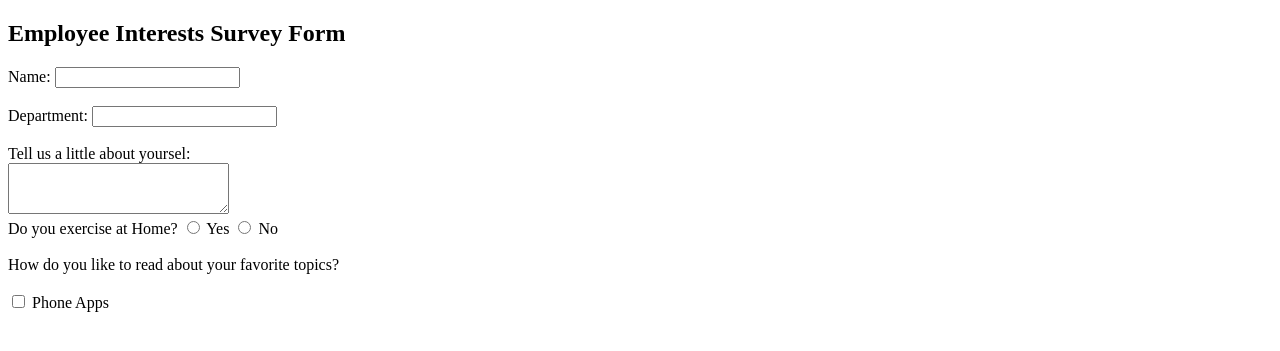
Repository: JoaoLemesDEV/Exercise-Survey-Form
Page: index.html
An editor plug-in stored every save of this project. The page is shown before and after a run of saves, followed by the edit.
The browser window is 1280 px wide. The pictures show the whole page.

Above is the page before, as saved 2021-10-10 18:28:30.

### index.html
<!DOCTYPE html>
<html lang="en">
<head>
  <meta charset="UTF-8">
  <meta http-equiv="X-UA-Compatible" content="IE=edge">
  <meta name="viewport" content="width=device-width, initial-scale=1.0">
  <title>Survey Form</title>
</head>
<body>
  <h2>Employee Interests Survey Form</h2>
  <label for="name">Name: </label>
  <input type="text" name="name" id=""><br><br>
  <label for="dep">Department:</label>
  <input type="text" name="dep" id=""><br><br>
  <label for="comment">Tell us a little about yoursel:</label><br>
  <textarea name="comment" id="comment" cols="25" rows="3"></textarea><br>
  <label for="question01">Do you exercise at Home?</label>
    <input type="radio" name="question01" id="question01">
      <label for="question01">Yes</label>
    <input type="radio" name="question01" id="question01">
      <label for="question01">No</label><br><br>
  <label for="">How do you like to read about your favorite topics?</label><br><br>
  <input type="checkbox" name="" id="">
    <label for="">Phone Apps</label>

</body>
</html>

After the next 3 saves:
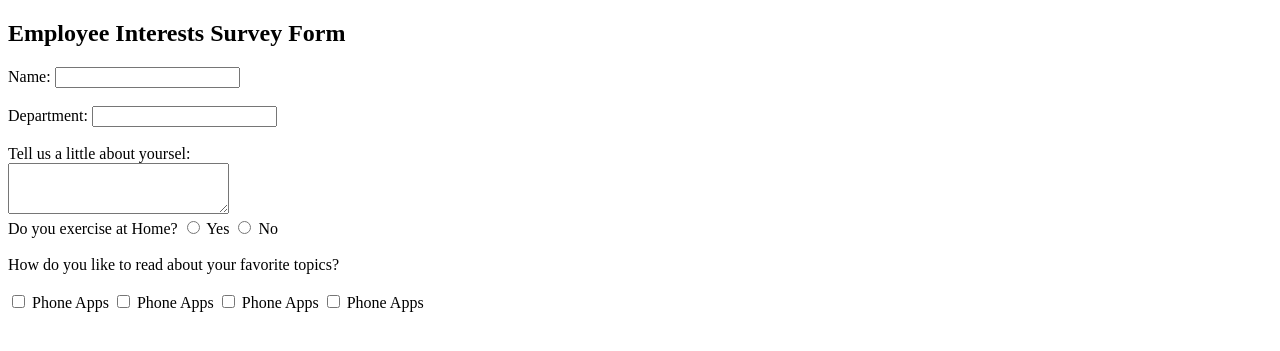
The 3 saves are shown as one change because they came seconds apart.
The last was saved 10 s later.
--- a/index.html
+++ b/index.html
@@ -22,6 +22,11 @@
   <label for="">How do you like to read about your favorite topics?</label><br><br>
   <input type="checkbox" name="" id="">
     <label for="">Phone Apps</label>
-
+  <input type="checkbox" name="" id="">
+    <label for="">Phone Apps</label>
+  <input type="checkbox" name="" id="">
+    <label for="">Phone Apps</label>
+  <input type="checkbox" name="" id="">
+    <label for="">Phone Apps</label>
 </body>
 </html>
